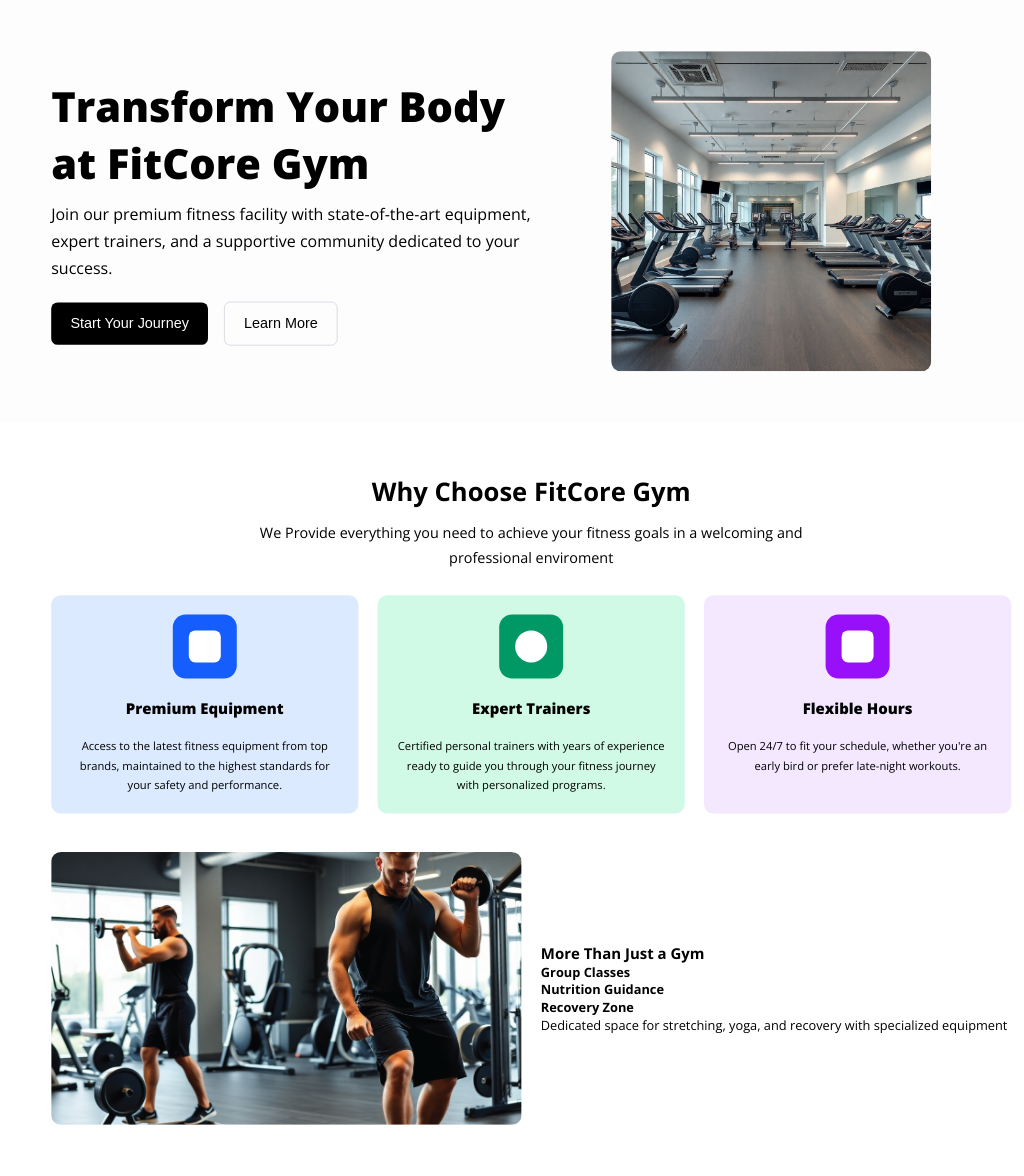
Repository: abdobadawi-ops/Route-Academy-Assignments
Page: Secon Assignment - fit-core-gym/index.html
An editor plug-in stored every save of this project. The page is shown before and after the next save, followed by the edit.
The browser window is 1280 px wide. The pictures show the whole page, at 80% of full size.

Above is the page before, as saved 2026-04-28 13:16:03.

### Secon Assignment - fit-core-gym/index.html
<!doctype html>
<html lang="en">
  <head>
    <meta charset="UTF-8" />
    <meta name="viewport" content="width=device-width, initial-scale=1.0" />
    <title>FitCore Gym | Assignment 2</title>
    <meta
      name="description"
      content="Transform Your Body at FitCore Gym, We provide everything you need to achieve your fitness goals in a welcoming and professional environment."
    />
    <link rel="shortcut icon" href="./imgs/favicon.png" type="image/x-icon" />
    <link rel="preconnect" href="https://fonts.googleapis.com" />
    <link rel="preconnect" href="https://fonts.gstatic.com" crossorigin />
    <link
      href="https://fonts.googleapis.com/css2?family=Open+Sans:ital,wght@0,300..800;1,300..800&display=swap"
      rel="stylesheet"
    />
    <link rel="stylesheet" href="./style.css" />
  </head>
  <body>
    <header>
      <div class="container grid-2-cols">
        <div class="left">
          <h1>Transform Your Body at FitCore Gym</h1>
          <p>
            Join our premium fitness facility with state-of-the-art equipment,
            expert trainers, and a supportive community dedicated to your
            success.
          </p>
          <div class="buttons">
            <button class="btn btn--main">Start Your Journey</button>
            <button class="btn btn--alt">Learn More</button>
          </div>
        </div>
        <img src="./imgs/hero-section-img.png" alt="fitcore gym" />
      </div>
    </header>

    <section>
      <div class="container">
        <div class="section-heading">
          <h2>Why Choose FitCore Gym</h2>
          <p>
            We Provide everything you need to achieve your fitness goals in a
            welcoming and professional enviroment
          </p>
        </div>

        <div class="features grid-3-cols">
          <div class="feat">
            <div class="icon">
              <div></div>
            </div>
            <h3>Premium Equipment</h3>
            <p>
              Access to the latest fitness equipment from top brands, maintained
              to the highest standards for your safety and performance.
            </p>
          </div>
          <div class="feat">
            <div class="icon">
              <div></div>
            </div>
            <h3>Expert Trainers</h3>
            <p>
              Certified personal trainers with years of experience ready to
              guide you through your fitness journey with personalized programs.
            </p>
          </div>
          <div class="feat">
            <div class="icon">
              <div></div>
            </div>
            <h3>Flexible Hours</h3>
            <p>
              Open 24/7 to fit your schedule, whether you're an early bird or
              prefer late-night workouts.
            </p>
          </div>
        </div>

        <div class="premium grid-2-cols">
          <img
            src="./imgs/why-choose-us.png"
            alt="Men left weights in the gym"
          />
          <div class="items">
            <h3>More Than Just a Gym</h3>
            <div class="item">
              <h4>Group Classes</h4>
              <p></p>
            </div>
            <div class="item">
              <h4>Nutrition Guidance</h4>
              <p></p>
            </div>
            <div class="item">
              <h4>Recovery Zone</h4>
              <p>
                Dedicated space for stretching, yoga, and recovery with
                specialized equipment
              </p>
            </div>
          </div>
        </div>
      </div>
    </section>
  </body>
</html>

### Secon Assignment - fit-core-gym/style.css
/* variables */
:root {
  --main-color: #000;
  --section-color: oklch(98.5% 0.002 247.839);
}

/* global rules */
* {
  box-sizing: border-box;
  margin: 0;
  padding: 0;
}

body {
  font-family: "Open Sans", sans-serif;
}

.container {
  width: 1200px;
  margin-inline: auto;
}

section {
  padding: 64px;
}

/* components */
.grid-2-cols {
  display: grid;
  grid-template-columns: repeat(2, 1fr);
  align-items: center;
}

.grid-3-cols {
  display: grid;
  grid-template-columns: repeat(3, 1fr);
}

.section-heading {
  text-align: center;
  width: 700px;
  margin-inline: auto;
  margin-bottom: 32px;

  h2 {
    font-size: 32px;
    margin-bottom: 16px;
  }

  p {
    font-size: 18px;
    line-height: 1.7;
  }
}

/* header */

header {
  background-color: #fdfdfe;
  padding: 64px;
  & h1 {
    font-size: 52px;
    font-weight: 900;
  }

  p {
    font-size: 20px;
    line-height: 1.7;
    margin-top: 12px;
    margin-bottom: 24px;
  }

  .btn {
    background: none;
    border: none;
    font-size: 18px;
    color: #fff;
    padding: 16px 24px;
    border-radius: 8px;
    cursor: pointer;
  }

  .buttons {
    display: flex;
    align-items: center;
    gap: 20px;
  }

  .btn--main {
    background-color: var(--main-color);
  }

  .btn--alt {
    background-color: #fdfdfe;
    color: #000;
    border: 1px solid #d1d5dc;
  }

  img {
    width: 400px;
    justify-self: center;
    border-radius: 12px;
  }
}

/* why to choose us */

.features {
  column-gap: 24px;
  text-align: center;
  margin-bottom: 48px;

  .feat {
    display: flex;
    flex-direction: column;
    gap: 24px;
    padding: 24px;
    border-radius: 12px;

    h3 {
      font-weight: 800;
    }

    p {
      font-size: 14px;
      line-height: 1.7;
    }
  }

  .icon {
    width: 80px;
    height: 80px;
    border-radius: 16px;
    margin-inline: auto;
    background-color: #155dfc;
    display: flex;
    align-items: center;
    justify-content: center;

    & div {
      width: 40px;
      height: 40px;
      background-color: #fff;
      border-radius: 8px;
    }
  }

  .feat:nth-child(1) {
    background-color: #dbeafe;
  }

  .feat:nth-child(2) {
    background-color: #d0fae5;

    .icon {
      background-color: #009966;

      div {
        border-radius: 50%;
      }
    }
  }

  .feat:nth-child(3) {
    background-color: #f3e8ff;

    .icon {
      background-color: #9810fa;
    }
  }
}

.premium {
  gap: 24px;
  img {
    width: 100%;
    border-radius: 12px;
  }
}

After the next save:
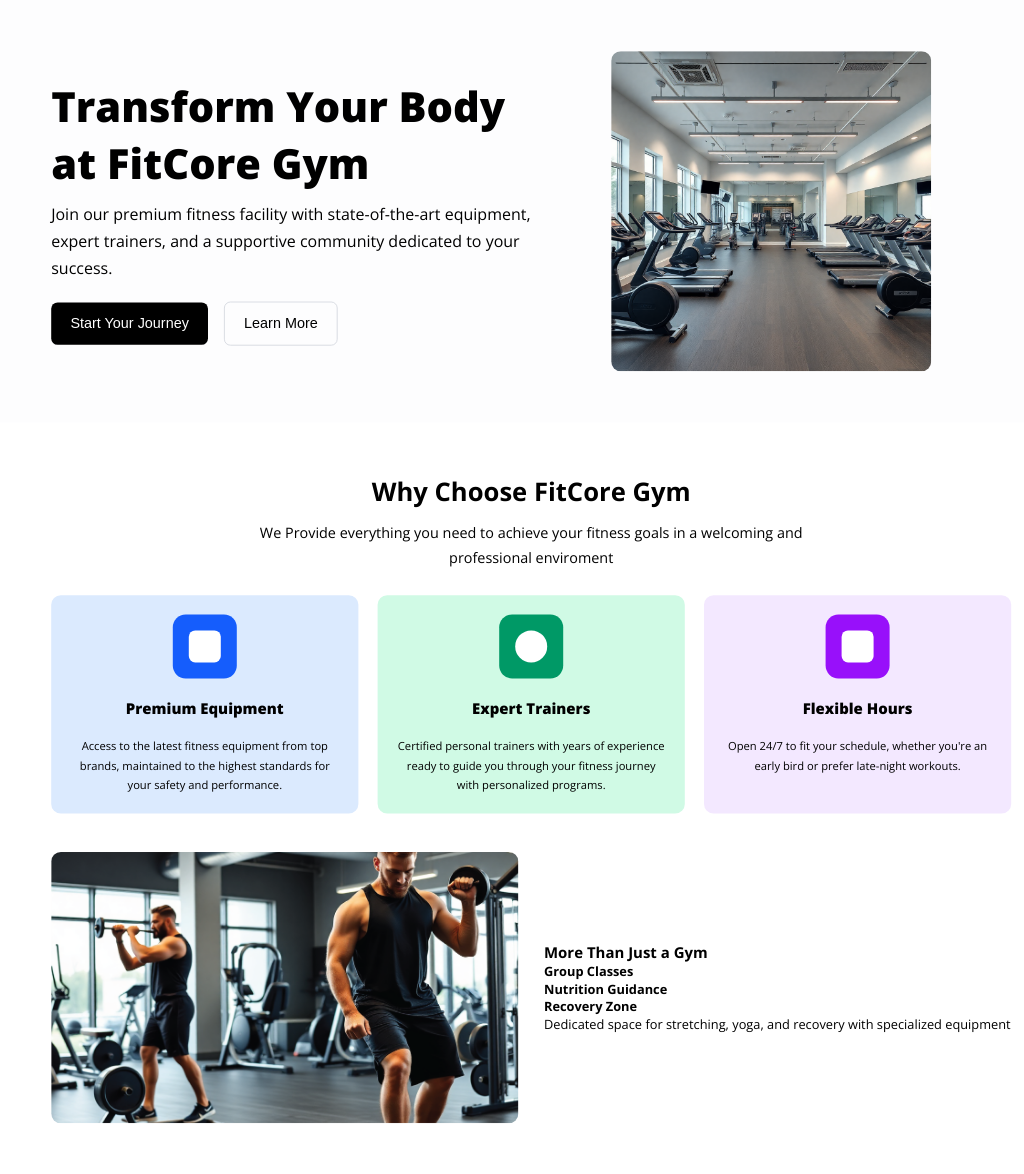
Saved 9 s later.
--- a/Secon Assignment - fit-core-gym/style.css
+++ b/Secon Assignment - fit-core-gym/style.css
@@ -171,7 +171,7 @@ header {
 }
 
 .premium {
-  gap: 24px;
+  gap: 32px;
   img {
     width: 100%;
     border-radius: 12px;
